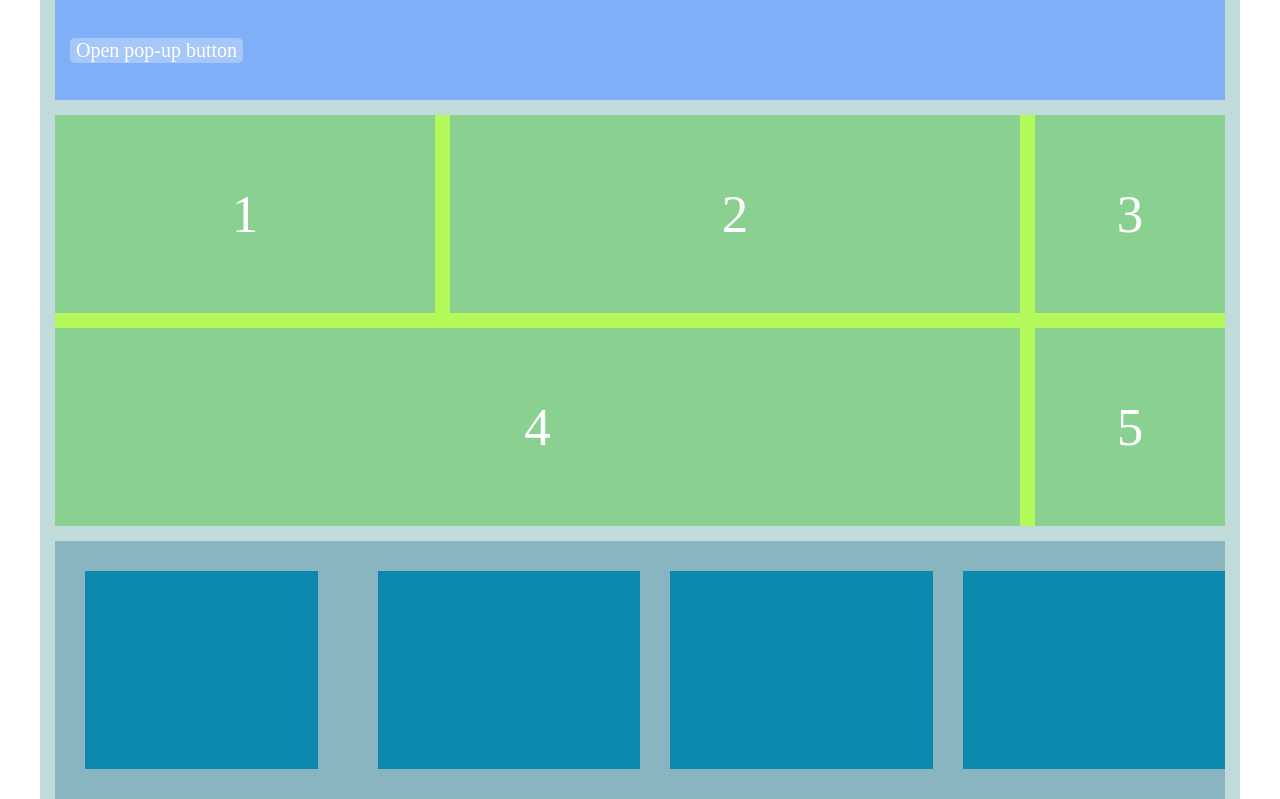
Repository: Evgenius190999999/nodasoft
Page: index.html
The author's editor kept a copy of each file at every save. The page is drawn from the files as they stood at one save, then again after the next save.
The browser window is 1280 px wide. The pictures show the whole page.
Some web libraries are served in a nearby version. The style sheet was rebuilt from its Sass, Less or Tailwind sources for each picture, by a compiler version that may differ from the author's.

Above is the page before, as saved 2022-07-08 15:10:39.

### index.html
<!DOCTYPE html>
<html lang="en">

<head>
    <meta charset="UTF-8">
    <meta http-equiv="X-UA-Compatible" content="IE=edge">
    <meta name="viewport" content="width=device-width, initial-scale=1.0">
    <link rel="stylesheet" href="./style/normalize.css">
    <link rel="stylesheet" href="./style/reset.css">
    <link rel="stylesheet" href="./style/style.css">
    <script src="https://kit.fontawesome.com/33ab42410f.js" crossorigin="anonymous"></script>
    <title>Nodasoft</title>
</head>

<body>
    <div class="wrapper">
        <header class="header container">
            <button class="open__popup">Open pop-up button</button>
        </header>
        <div class="main__block container">
            <div class="div__1">1</div>
            <div class="div__2">2</div>
            <div class="div__3">3</div>
            <div class="div__4">4</div>
            <div class="div__5">5</div>
        </div>
        <div class="second__block container">
            <div class="div1"> </div>
            <div class="div2"> </div>
            <div class="div3"> </div>
            <div class="div4"> </div>
        </div>
    </div>

</body>

</html>

### style/sass/style.sass

*, *::after, *::before
    box-sizing: border-box

.wrapper
    max-width: 1200px
    margin: 0 auto
    background: #C0DBD9

.header
    display: flex
    align-items: center
    justify-content: flex-start
    padding: 0 15px
    background: #7FAFF7
    height: 100px

.container
    max-width: 1170px
    margin: 0 auto

.open__popup
    background: #A5C7F9
    border-radius: 5px
    border: none
    font-size: 20px
    line-height: 23px
    color: #FFFFFF
    cursor: pointer

.main__block
    display: grid
    grid-template-columns: 2fr 3fr 1fr
    grid-template-rows: repeat(2, 1fr)
    grid-column-gap: 15px
    grid-row-gap: 15px
    background: #B3F95A
    font-size: 53px
    color: #FFFFFF
    margin: 15px auto
    div
        height: 198px
        background: #8AD191
        display: flex
        align-items: center
        justify-content: center

.div__1
    grid-area: 1 / 1 / 2 / 2
.div__2
    grid-area: 1 / 2 / 2 / 3
.div__3
    grid-area: 1 / 3 / 2 / 4
.div__4
    grid-area: 2 / 1 / 3 / 3
.div__5
    grid-area: 2 / 3 / 3 / 4

.second__block
    display: grid
    grid-template-columns: repeat(4, 1fr)
    grid-template-rows: 1fr
    grid-column-gap: 0px
    grid-row-gap: 0px
    background: #88B5BF
    div
        height: 198px
        background: #0D89B0
        margin: 30px 0px 30px 30px
        &:first-child
            margin-right: 30px

.div1
    grid-area: 1 / 1 / 2 / 2
.div2
    grid-area: 1 / 2 / 2 / 3
.div3
    grid-area: 1 / 3 / 2 / 4
.div4
    grid-area: 1 / 4 / 2 / 5

Loaded but not shown: style/normalize.css (library); style/reset.css (common file)

After the next save:
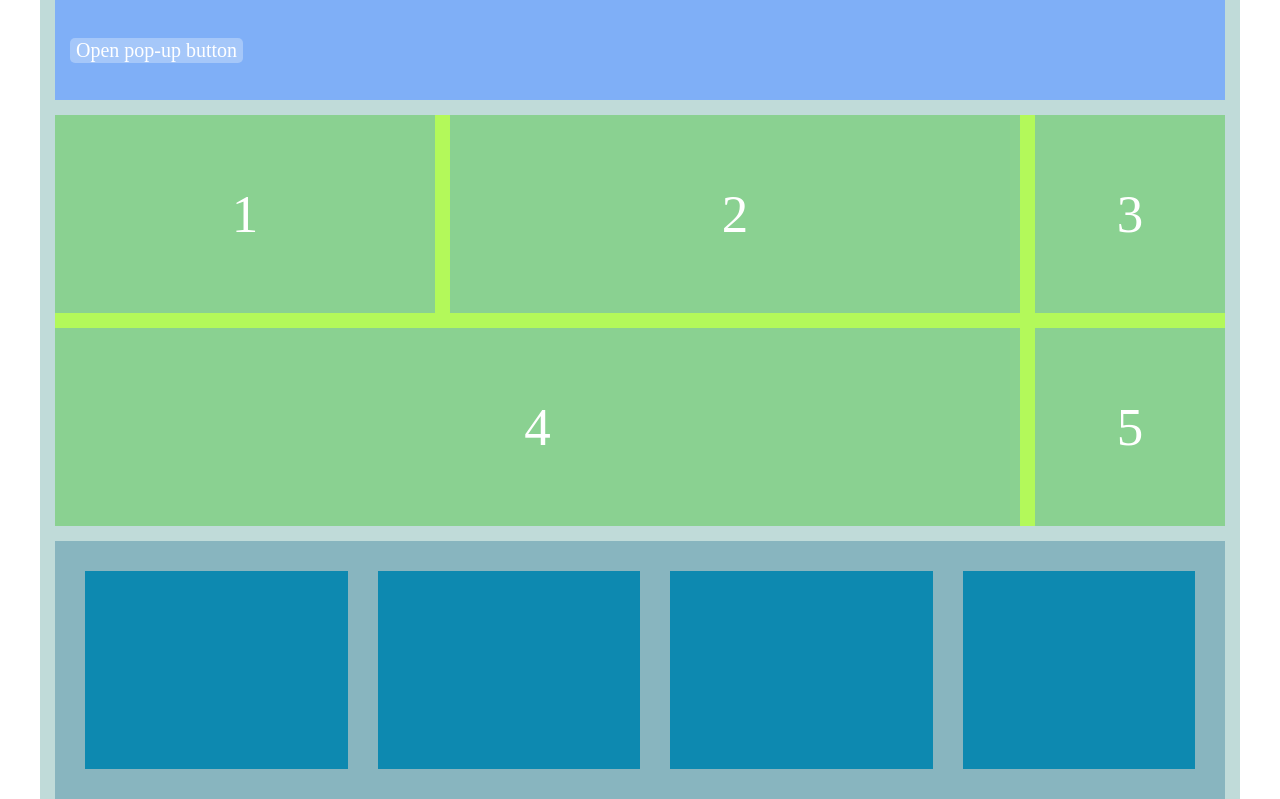
Saved 6 s later.
--- a/style/sass/style.sass
+++ b/style/sass/style.sass
@@ -67,7 +67,7 @@
         height: 198px
         background: #0D89B0
         margin: 30px 0px 30px 30px
-        &:first-child
+        &:last-child
             margin-right: 30px
 
 .div1
